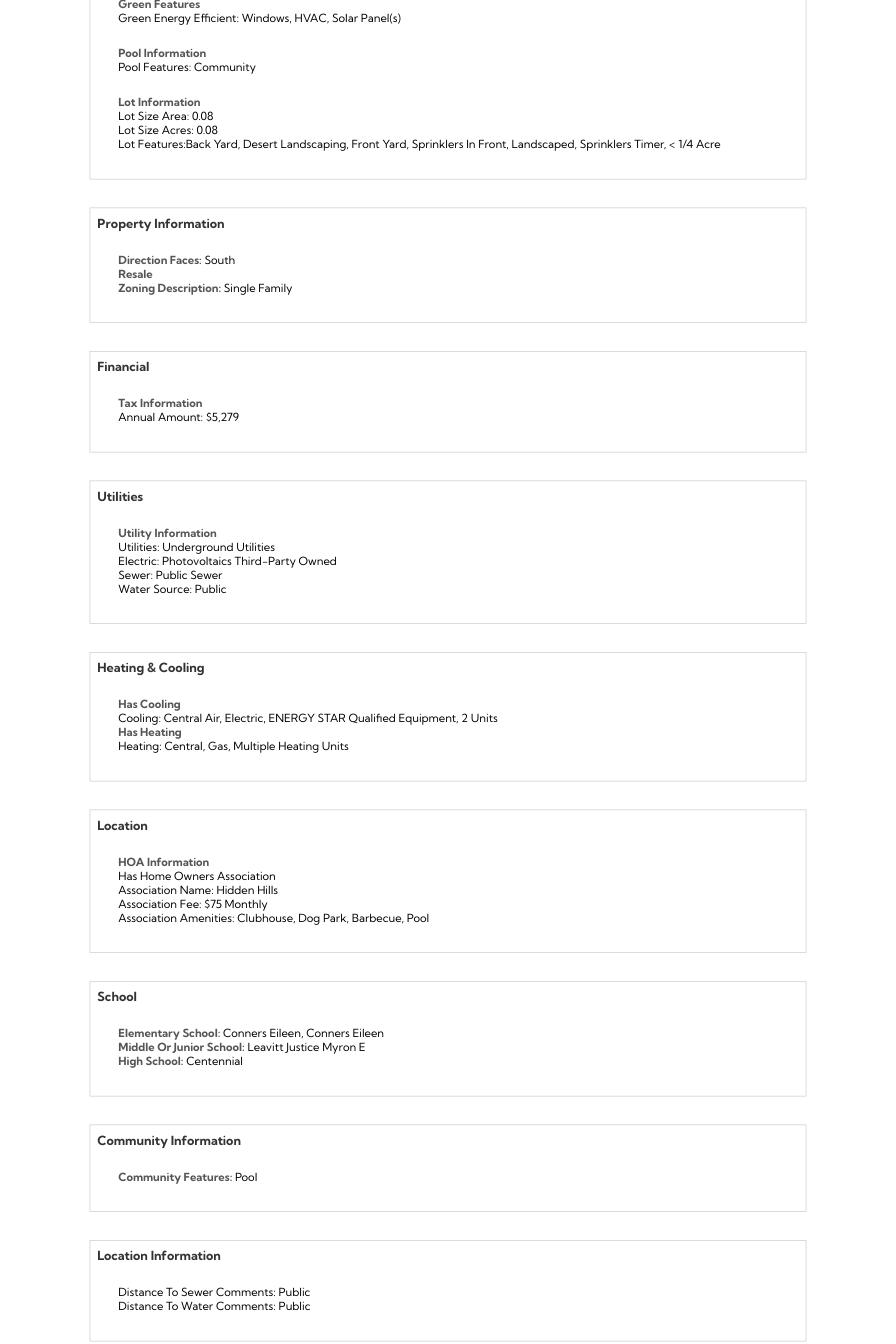
Repository: MrAllin1/ProgWWW_23_Gr1
Page: pages/House4.html
The author's editor kept a copy of each file at every save. The page is drawn from the files as they stood at one save, then again after the next save.
The browser window is 1280 px wide. The pictures show the part of the page from y = 3538 to 5458 px (the page is 6245 px tall before and 6150 px after), at 70% of full size.
Pictures or frames that could not be fetched are drawn as grey boxes. Some web libraries are served in a nearby version.

Above is the page before, as saved 2024-01-11 12:25:15.

### pages/House4.html
<!DOCTYPE html>
<html lang="en">
<head>
    <meta charset="UTF-8">
    <meta name="viewport" content="width=device-width, initial-scale=1.0">
    <link rel="stylesheet" type="text/css" href="../pages/stylesForHouse.css">
    <script src="https://kit.fontawesome.com/186711ed6a.js" crossorigin="anonymous"></script>
    <link rel="preconnect" href="https://fonts.googleapis.com">
    <link rel="preconnect" href="https://fonts.gstatic.com" crossorigin>
    <link href="https://fonts.googleapis.com/css2?family=Kumbh+Sans:wght@400;700&display=swap" rel="stylesheet">
    <link rel="stylesheet" href="https://cdnjs.cloudflare.com/ajax/libs/font-awesome/5.15.4/css/all.min.css">
    <title>House on Porter Ranch</title>
</head>
<body>
    <nav class="navbar">
        <div class="navbar_container">
            <a href="/" id="navbar_logo"> <i class="fas fa-house-flag"></i>AFA</a>
            <div class="navbar_toggle" id="mobile-menu">
                <span class="bar"></span>
                <span class="bar"></span>
                <span class="bar"></span>
            </div>
            <ul class="navbar_menu">
                <li class="navbar_item">
                    <a href="#home" class="navbar_link">Home</a>
                </li>
                <li class="navbar_item">
                    <a href="#services" class="navbar_link">Services</a>
                </li>
                <li class="navbar_item">
                    <a href="/pages/BuyRent.html" class="navbar_link">Buy/Rent</a>
                </li>
                <li class="navbar_item">
                    <a href="/pages/sell.html" class="navbar_link">Sell</a>
                </li>
                <li class="navbar_btn">
                    <a href="/pages/signUp.html" class="button">Sign Up</a>
                </li>
            </ul>
        </div>
    </nav>
    <div class="gallery-container">
        <h1>Welcome to the Porter Ranch, CA 91326 House</h1> </br>
        <a href="https://www.google.com/maps/place/20352+Via+Galileo,+Porter+Ranch,+CA+91326" target="_blank" class="services_link">20352 Via Galileo, Porter Ranch, CA 91326</a>
        <p>$2,149,000</p>
        <span>439 square meters</span>
        <div class="gallery">
            <img src="/images/House_5/item_1.jpg" alt="Image 1" />
            <img src="/images/House_5/item_2.jpg" alt="Image 2" />
            <img src="/images/House_5/item_3.jpg" alt="Image 3" />
            <img src="/images/House_5/item_4.jpg" alt="Image 4" />
            <img src="/images/House_5/item_5.jpg" alt="Image 5" />
            <img src="/images/House_5/item_6.jpg" alt="Image 6" />
            <img src="/images/House_5/item_7.jpg" alt="Image 7" />
            <img src="/images/House_5/item_8.jpg" alt="Image 8" />
            <img src="/images/House_5/item_9.jpg" alt="Image 9" />
            <img src="/images/House_5/item_10.jpg" alt="Image 10" />
            <img src="/images/House_5/item_11.jpg" alt="Image 11" />
            <img src="/images/House_5/item_12.jpg" alt="Image 12" />
            <img src="/images/House_5/item_13.jpg" alt="Image 13" />
            <img src="/images/House_5/item_14.jpg" alt="Image 14" />
            <img src="/images/House_5/item_15.jpg" alt="Image 15" />
            <img src="/images/House_5/item_16.jpg" alt="Image 16" />
            <img src="/images/House_5/item_17.jpg" alt="Image 17" />
            <img src="/images/House_5/item_18.jpg" alt="Image 18" />
            <img src="/images/House_5/item_19.jpg" alt="Image 19" />
            <img src="/images/House_5/item_20.jpg" alt="Image 20" />
            <img src="/images/House_5/item_21.jpg" alt="Image 21" />
            <img src="/images/House_5/item_22.jpg" alt="Image 22" />
            <img src="/images/House_5/item_23.jpg" alt="Image 23" />
            <img src="/images/House_5/item_24.jpg" alt="Image 24" />
            <img src="/images/House_5/item_25.jpg" alt="Image 25" />
            <img src="/images/House_5/item_26.jpg" alt="Image 26" />
            <img src="/images/House_5/item_27.jpg" alt="Image 27" />
            <img src="/images/House_5/item_28.jpg" alt="Image 28" />
            <img src="/images/House_5/item_29.jpg" alt="Image 29" />
            <img src="/images/House_5/item_30.jpg" alt="Image 30" />
            <img src="/images/House_5/item_31.jpg" alt="Image 31" />
            <img src="/images/House_5/item_32.jpg" alt="Image 32" />
            <img src="/images/House_5/item_33.jpg" alt="Image 33" />
            <img src="/images/House_5/item_34.jpg" alt="Image 34" />
            <img src="/images/House_5/item_35.jpg" alt="Image 35" />
            <img src="/images/House_5/item_36.jpg" alt="Image 36" />
            <img src="/images/House_5/item_37.jpg" alt="Image 37" />
            <img src="/images/House_5/item_38.jpg" alt="Image 38" />
            <img src="/images/House_5/item_39.jpg" alt="Image 39" />
            <img src="/images/House_5/item_40.jpg" alt="Image 40" />
            <img src="/images/House_5/item_41.jpg" alt="Image 41" />
            <img src="/images/House_5/item_42.jpg" alt="Image 42" />
            <img src="/images/House_5/item_43.jpg" alt="Image 43" />
            <img src="/images/House_5/item_44.jpg" alt="Image 44" />
            <img src="/images/House_5/item_45.jpg" alt="Image 45" />
            <img src="/images/House_5/item_46.jpg" alt="Image 46" />
            <img src="/images/House_5/item_47.jpg" alt="Image 47" />
            <img src="/images/House_5/item_48.jpg" alt="Image 48" />
            <img src="/images/House_5/item_49.jpg" alt="Image 49" />
        </div>

          <button class="arrow-button left">&#8249;</button>
          <button class="arrow-button right">&#8250;</button>
          <p><strong> About this home</strong></br> Indulge in luxury living amidst panoramic sunset views within the esteemed gated community of Renaissance at Porter Ranch. Enter this two-story 4,721 sqft estate through a spacious foyer accented by floating marble stairs and an iron-rod spiral staircase leading to the upper level. The main floor boasts a high ceiling living room anchored by a fireplace over travertine flooring. The family room is bathed in natural light streaming from glass large window that faces the yard for spectacular unobstructed hillside views. Adjacent to the family area is the gourmet kitchen, outfitted with stainless steel appliances and cabinetry. The main level also features a versatile space, and two convenient bedrooms with an attached bathroom for each. The expansive backyard boasts magnificent sunset views, a spacious solar-heated pool with fountain filtration, a spa, and a fireplace. Ascending to the upper level reveals a sizable den that can be used as an office or a game room, offering a spacious retreat. The generously proportioned master suite exudes comfort and luxury, boasting hardwood floor and marble flooring in the master bath, which includes a charming soaking tub with a jacuzzi nestled between his and her vanities. A standing glass hot steam shower offers the luxury of relaxation, while the expansive walk-in closet offers abundant storage. To conclude, the master suite has a retreat room with large window and a walk-in closet that is suited for a gym, a spacious retreat or an office. Two additional bedrooms, each with its own bathroom, contribute to the home's functional yet elegant design. Throughout, large windows showcase the surrounding natural beauty of Porter Ranch, providing a serene ambiance throughout the residence. Convenience is at your doorstep, with Whole Foods, Starbucks, and numerous popular dining destinations just minutes away at the Vineyards. The property sits near the award-winning K-8 school. Embrace an active lifestyle with nearby hiking trails and nature, while shopping options offer a vibrant city-life experience.</p>
    </div>
</br>
    <div class="property-features">
      <div class="feature">
        <i class="far fa-clock"></i> 3 weeks on AFA
      </div>
      <div class="feature">
        <i class="fas fa-warehouse"></i> 2 garage spcaces
      </div>
      <div class="feature">
        <i class="fas fa-home"></i> Single family
      </div>
      <div class="feature">
        <i class="fas fa-landmark"></i> 983 square meters
      </div>
      <div class="feature">
        <i class="fas fa-fan"></i> Has A/C
      </div>
      <div class="feature">
        <i class="fas fa-hand-holding-usd"></i> $330 monthly HOA fee
      </div>
      <div class="feature">
        <i class="fas fa-tools"></i> Built in 2022
      </div>
      <div class="feature">
        <i class="fas fa-map-marker-alt"></i> Porter Ranch
      </div>
      <div class="feature">
        <i class="fas fa-soap"></i>In-unit laundry (washer and dryer)
      </div>
      <div class="feature">
        <i class="fas fa-dollar-sign"></i> $200 for sq m
    </div>
      <div class="feature">
        <i class="fas fa-home"></i> PORA - Porter Ranch
      </div>
    </div>
    <div class="container">
        <h1>Property details for 10770 Maltese Falcon Ave</h1>
        <div class="details">
            <div class="section">
                <h2>Parking</h2>
                <ul>
                    <li><strong>Garage/Carport Information</strong><br>
                        Has Garage<br>
                        Has Attached Garage<br>
                        # of Garage Spaces: 2</li>
                    <li><strong>Parking</strong> Features: Attached, Finished Garage, Garage, Garage Door Opener, Guest </li>
                </ul>
            </div>
        </div>

        <div class="details">
            <div class="section">
                <h2>Interior</h2>
                <ul>
                    <li><strong>Virtual Tour</strong><br>
                        Virtual Tour Unbranded 1 (External Link)
                    </li>
                    <li><strong>Bedroom Information</strong><br>
                        # of Bedrooms Possible: 5
                    </li>
                    <li><strong>Bathroom Information</strong><br>
                        # of Full Bathrooms: 3
                    </li>
                    <li><strong>Room Information</strong><br>
                        # of Rooms (Total): 8
                    </li>
                    <li><strong>Room 1 Information</strong><br>
                        Primary Bedroom<br>
                        Description: Walk-In Closet(s)<br>
                        Dimensions: 17x15
                    </li>
                    <li><strong>Room 2 Information</strong><br>
                        Kitchen<br>
                        Description: Island, Walk-in Pantry
                    </li>
                    <li><strong>Room 3 Information</strong><br>
                        Family Room<br>
                        Description: Downstairs<br>
                        Dimensions: 19x17
                    </li>
                    <li><strong>Room 4 Information</strong><br>
                        Dining Room<br>
                        Description: Family Room/Dining Combo<br>
                        Dimensions: 12x7
                    </li>
                    <li><strong>Room 5 Information</strong><br>
                        Loft<br>
                        Description: Family Room<br>
                        Dimensions: 16x15
                    </li>
                    <li><strong>Room 6 Information</strong><br>
                        Bedroom 4<br>
                        Description: Closet, Downstairs<br>
                        Dimensions: 11x10
                    </li>
                    <li><strong>Room 7 Information</strong><br>
                        Bedroom 3<br>
                        Description: Closet<br>
                        Dimensions: 12x10
                    </li>
                    <li><strong>Room 8 Information</strong><br>
                        Bedroom 2<br>
                        Description: Closet<br>
                        Dimensions: 12x11
                    </li>
                    <li><strong>Laundry Information</strong><br>
                        Features: Gas Dryer Hookup, Laundry Room, Upper Level
                    </li>
                    <li><strong>Equipment</strong><br> Appliances: Built-In Gas Oven, Dryer, Dishwasher, Gas Cooktop, Disposal, Microwave, Refrigerator, Washer
                    </li>
                    <li><strong>Interior Features</strong><br>Window Features: Blinds, Double Pane Windows, Drapes, Insulated Windows, Window Treatments<br> Unfurnished<br>
                        Flooring: Laminate, Tile<br> Other Features: Bedroom on Main Level, None, Window Treatments, Programmable Thermostat
                    </li>
                </ul>
            </div>
        </div>

        <div class="details">
            <div class="section">
                <h2>Exterior</h2>
                <ul>
                    <li><strong>Building Information</strong><br> Stories: 2<br>  Year Built Details: RESALE<br>
                        Roof Details: Tile
                    </li>
                    <li><strong>Exterior Features</strong><br>
                        Exterior Features: Barbecue, Patio, Private Yard, Sprinkler/Irrigation<br>
                        Patio And Porch Features: Covered, Patio<br>
                        Security Features: Pre Wired, Security System Owned, Controlled Access<br>
                        Fencing: Block, Back Yard
                    </li>
                    <li><strong>Green Features</strong><br>
                        Green Energy Efficient: Windows, HVAC, Solar Panel(s)
                    </li>
                    <li><strong>Pool Information</strong><br>
                        Pool Features: Community
                    <li><strong>Lot Information</strong><br>Lot Size Area: 0.08<br>Lot Size Acres: 0.08<br>Lot Features:Back Yard, Desert Landscaping, Front Yard, Sprinklers In Front, Landscaped, Sprinklers Timer, < 1/4 Acre
                    </li>
                </ul>
            </div>
        </div>

        <div class="details">
            <div class="section">
                <h2>Property Information</h2>
                <ul>
                    <li><strong>Direction Faces:</strong> South<br>
                        <strong>Resale</strong><br>
                        <strong>Zoning Description:</strong> Single Family
                    </li>
                </ul>
            </div>
        </div>

        <div class="details">
            <div class="section">
                <h2>Financial</h2>
                <ul>
                    <li><strong>Tax Information</strong><br>
                        Annual Amount: $5,279
                    </li>
                </ul>
            </div>
        </div>

        <div class="details">
            <div class="section">
                <h2>Utilities</h2>
                <ul>
                    <li><strong>Utility Information</strong><br>
                        Utilities: Underground Utilities<br>
                        Electric: Photovoltaics Third-Party Owned<br>
                        Sewer: Public Sewer<br>
                        Water Source: Public
                    </li>
                </ul>
            </div>
        </div>

        <div class="details">
            <div class="section">
                <h2>Heating & Cooling</h2>
                <ul>
                    <li><strong>Has Cooling</strong><br>
                        Cooling: Central Air, Electric, ENERGY STAR Qualified Equipment, 2 Units<br>
                        <strong>Has Heating</strong><br>
                        Heating: Central, Gas, Multiple Heating Units
                    </li>
                </ul>
            </div>
        </div>

        <div class="details">
            <div class="section">
                <h2>Location</h2>
                <ul>
                    <li><strong>HOA Information</strong><br>
                        Has Home Owners Association<br>
                        Association Name: Hidden Hills<br>
                        Association Fee: $75 Monthly<br>
                        Association Amenities: Clubhouse, Dog Park, Barbecue, Pool
                    </li>
                </ul>
            </div>
        </div>

        <div class="details">
            <div class="section">
                <h2>School</h2>
                <ul>
                    <li><strong>Elementary School:</strong> Conners Eileen, Conners Eileen<br>
                        <strong>Middle Or Junior School:</strong> Leavitt Justice Myron E<br>
                        <strong>High School:</strong> Centennial
                    </li>
                </ul>
            </div>
        </div>

        <div class="details">
            <div class="section">
                <h2>Community Information</h2>
                <ul>
                    <li><strong>Community Features:</strong> Pool</li>
                </ul>
            </div>
        </div>

        <div class="details">
            <div class="section">
                <h2>Location Information</h2>
                <ul>
                    <li>Distance To Sewer Comments: Public<br>Distance To Water Comments:</strong> Public
                    </li>
                </ul>
            </div>
        </div>
    </div>


      <div class="container">
        <h1>About climate risks</h1>
        <p>Climate risks have some of natural disasters and may be impacted by climate change due to rising temperatures and sea levels.</p>

        <div class="risk-factor" id="floodRisk">
            <h2>Flood Factor</h2>
            <p>Unlikely to flood in next 50 years.</p>
        </div>

        <div class="risk-factor" id="fireRisk">
            <h2>Fire Factor</h2>
            <p>Unlikely to be in a wildfire in next 50 years.</p>
        </div>

        <div class="risk-factor" id="heatRisk">
            <h2>Heat Factor</h2>
            <p>7 days above 99° expected this year, 14 days in 30 years.</p>
        </div>
    </div>
    <div class="footer_container">
        <div class="footer_links">
            <div class="footer_link-wrapper">
                <div class="footer_link-items">
                    <h2>About Us</h2>
                    <a href="/">How it works</a>
                    <a href="/">Testimonials</a>
                    <a href="/">Careers</a>
                    <a href="/">Terms of Service</a>
                </div>
                <div class="footer_link-items">
                    <h2>Contact Us</h2>
                    <a href="/">Contact</a>
                    <a href="/">Support</a>
                    <a href="/">Thro Gmail</a>
                    <a href="/">Phone number</a>
                </div>
            </div>
            <div class="footer_link-wrapper">
                <div class="footer_link-items">
                    <h2>Partners</h2>
                    <a href="/">A RealEstate</a>
                    <a href="/">B RealEstate</a>
                    <a href="/">C RealEstate</a>
                    <a href="/">D RealEstate</a>
                </div>
                <div class="footer_link-items">
                    <h2>Social media</h2>
                    <a href="https://www.instagram.com" target="_blank">Instagram</a>
                    <a href="https://www.facebook.com" target="_blank">Facebook</a>
                    <a href="https://www.linkedin.com" target="_blank">LinkedIn</a>
                    <a href="https://www.twitter.com" target="_blank">Twitter</a>
                </div>
            </div>
        </div>
        <div class="social_media">
            <div class="social_media-wrap">
                <div class="footer_logo">
                    <a href="/" id="footer_logo"> <i class="fas fa-house-flag"></i>AFA</a>
                </div>
                <p class="website_rights">AFA © 2023.All rights reserved</p>
                <div class="social_icons">
                    <a href="/" class="social_icon_link" target="_blank"><i class="fab fa-facebook"></i></a>
                    <a href="https://www.instagram.com" class="social_icon_link" target="_blank"><i class="fab fa-instagram"></i></a>
                    <a href="https://www.facebook.com" class="social_icon_link" target="_blank"><i class="fab fa-youtube"></i></a>
                    <a href="https://www.twitter.com" class="social_icon_link" target="_blank"><i class="fab fa-twitter"></i></a>
                    <a href="https://www.linkedin.com" class="social_icon_link" target="_blank"><i class="fab fa-linkedin"></i></a>
                </div>
            </div>
        </div>
    </div>

    <script src="../app.js"></script>

</body>
</html>

Loaded but not shown: app.js (155 lines, source omitted); pages/stylesForHouse.css (778 lines, source omitted)

After the next save:
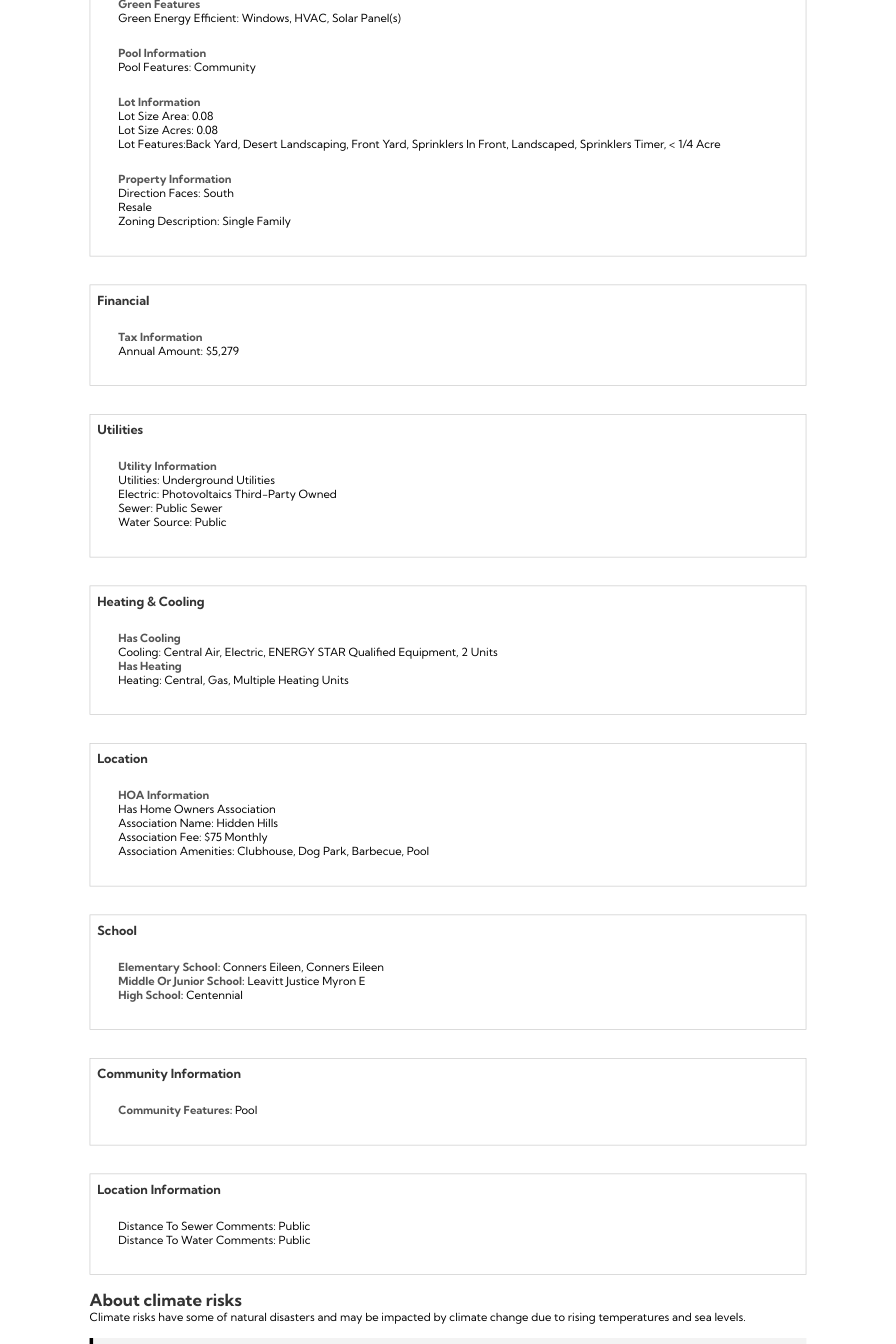
Saved 2 min 14 s later.
--- a/pages/House4.html
+++ b/pages/House4.html
@@ -237,19 +237,7 @@
                     <li><strong>Pool Information</strong><br>
                         Pool Features: Community
                     <li><strong>Lot Information</strong><br>Lot Size Area: 0.08<br>Lot Size Acres: 0.08<br>Lot Features:Back Yard, Desert Landscaping, Front Yard, Sprinklers In Front, Landscaped, Sprinklers Timer, < 1/4 Acre
-                    </li>
-                </ul>
-            </div>
-        </div>
-
-        <div class="details">
-            <div class="section">
-                <h2>Property Information</h2>
-                <ul>
-                    <li><strong>Direction Faces:</strong> South<br>
-                        <strong>Resale</strong><br>
-                        <strong>Zoning Description:</strong> Single Family
-                    </li>
+                    <li><strong>Property Information</strong><br>Direction Faces: South<br>Resale</br>Zoning Description: Single Family</li>
                 </ul>
             </div>
         </div>
